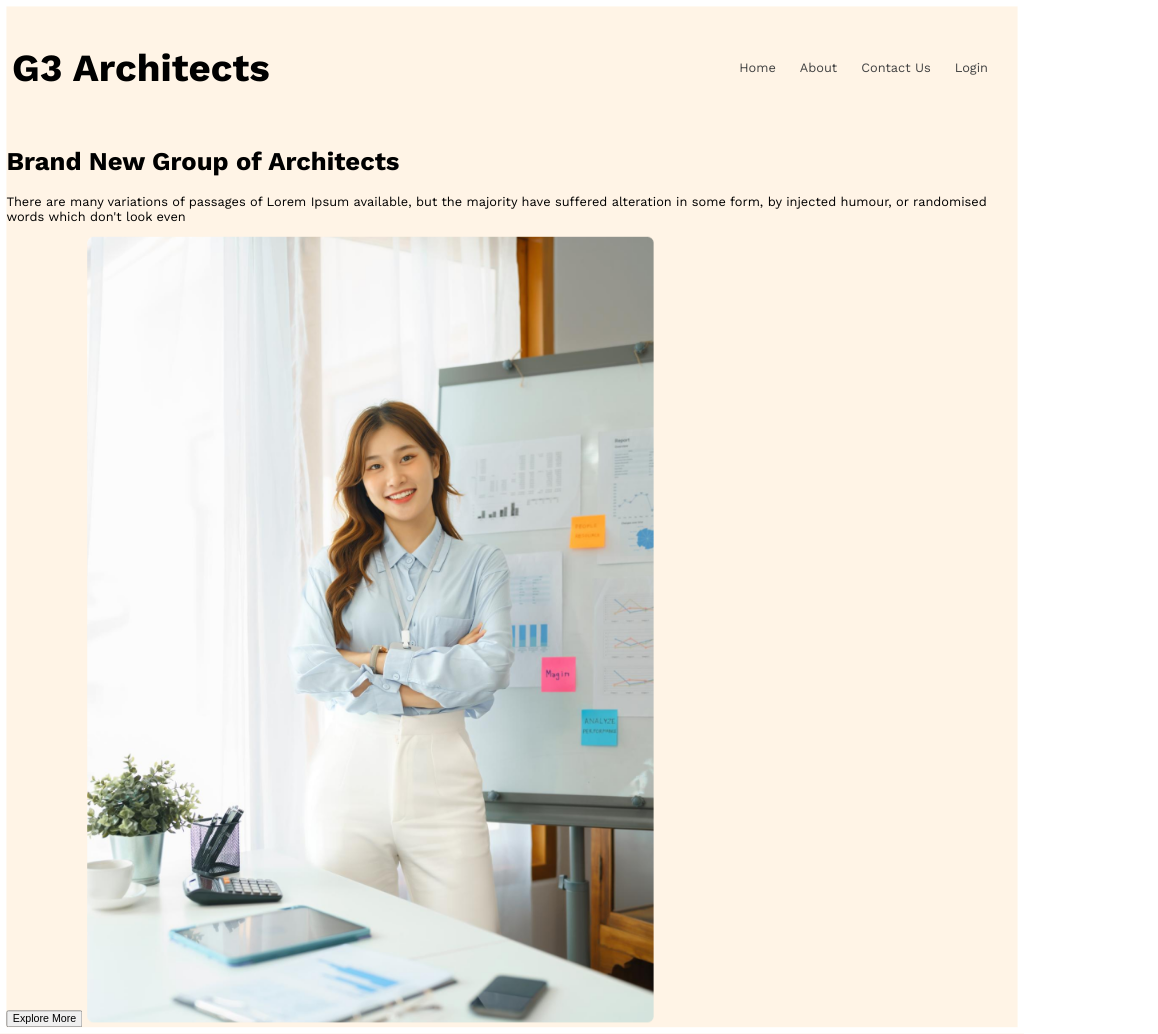
Repository: dollyrakhe22/g3-architects-website
Page: index.html
An editor plug-in stored every save of this project. The page is shown before and after the next save, followed by the edit.
The browser window is 1280 px wide. The page is 1280 px wide, then 1448 px, so the pictures cover 1448 px, including what lies to the right of the window. The pictures show the whole page, at 80% of full size.

Above is the page before, as saved 2025-07-18 17:05:37.

### index.html
<!DOCTYPE html>
<html lang="en">
<head>
    <meta charset="UTF-8">
    <meta name="viewport" content="width=device-width, initial-scale=1.0">
    <title>Architects Website</title>
    <link rel="stylesheet" href="style.css">
</head>
<body class="work-sans-font">
    <header class="bg-light">
           <nav class="navbar  display-flex">
             <h3 class="brand">G3 Architects</h3>
             <ul class="nav-links display-flex">
              <li class="nav-item"><a href="" class="nav-link text-gray ">Home</a></li>
              <li class="nav-item"><a href="" class="nav-link text-gray ">About</a></li>
              <li class="nav-item"><a href="" class="nav-link text-gray ">Contact Us</a></li>
              <li class="nav-item"><a href="" class="nav-link text-gray ">Login</a></li>
             </ul>
           </nav>
           <div class="banner">
            <h1 class="banner-title">Brand New Group of Architects </h1>
            <p class="banner-description">There are many variations of passages of Lorem Ipsum available, but the majority have suffered alteration in some form, by injected humour,
              or randomised words which don't look even</p>
            <button>Explore More</button>
            <img src="images/architect.png" alt="" srcset="">
           </div>
    </header>
    <main>

    </main>
    <footer>

    </footer>
</body>
</html>

### style.css
@import url('https://fonts.googleapis.com/css2?family=Work+Sans:ital,wght@0,100..900;1,100..900&display=swap');

.work-sans-font {
  font-family: "Work Sans", sans-serif;
  font-optical-sizing: auto;
  font-weight: 400px;
  font-style: normal;
}
/*shared styles*/
.display-flex{
  display: flex;
}
/*dark 02*/
.text-gray{
  color: #424242;
}
/*dark 03*/
.text-light-gray{
  color:#727272;
}
.navbar{
  justify-content: space-between;
  align-items: center;
}
.bg-light{
  background-color: rgba(255, 144, 14, 0.1);
}
.brand{
  font-weight: 700;
  font-size: 3rem;
}
/*header styles*/


/*navbar related styles*/
.navbar{
  display: flex;
}
.nav-item{
  list-style: none;
  margin-right: 30px;
}
.nav-link{
  text-decoration: none;
  font-size: 500;
}
.navbar {
  max-width: 1250px;
  margin: 0 auto;
}

After the next save:
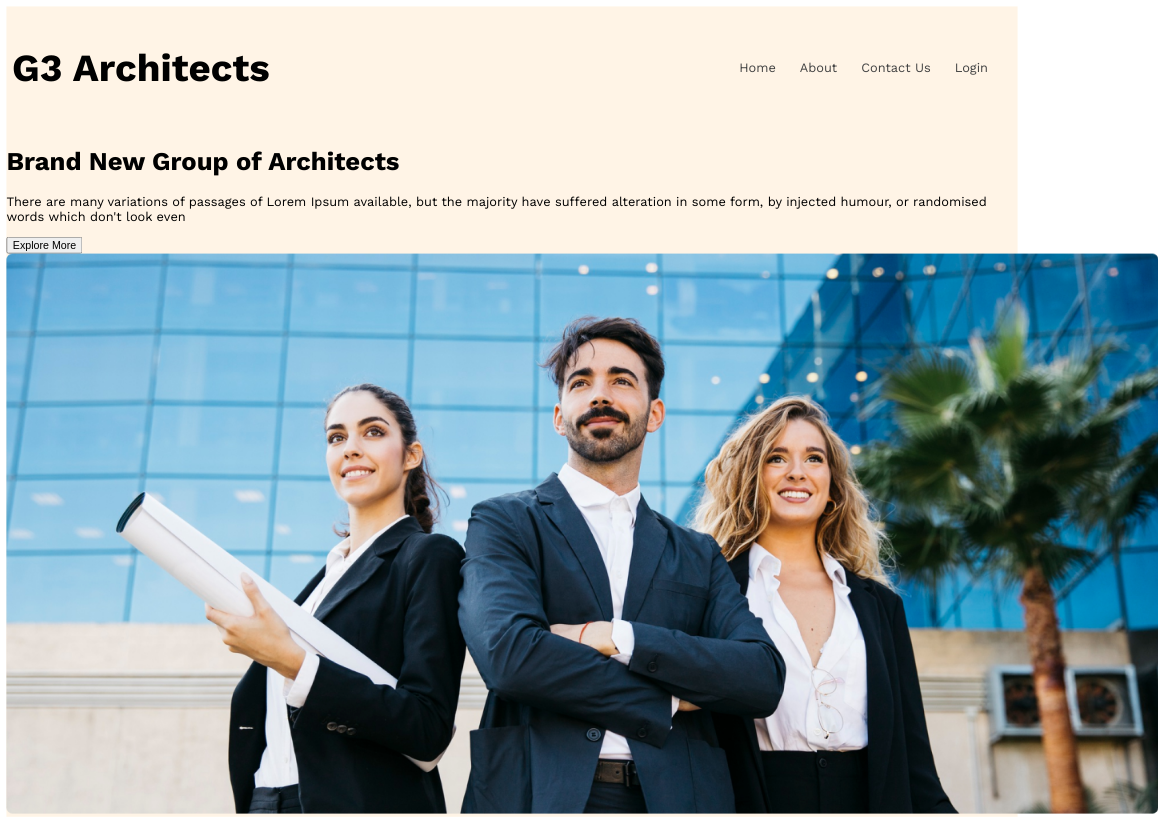
Saved 28 s later.
--- a/index.html
+++ b/index.html
@@ -22,7 +22,7 @@
             <p class="banner-description">There are many variations of passages of Lorem Ipsum available, but the majority have suffered alteration in some form, by injected humour,
               or randomised words which don't look even</p>
             <button>Explore More</button>
-            <img src="images/architect.png" alt="" srcset="">
+            <img src="images/banner.png" alt="" srcset="">
            </div>
     </header>
     <main>
